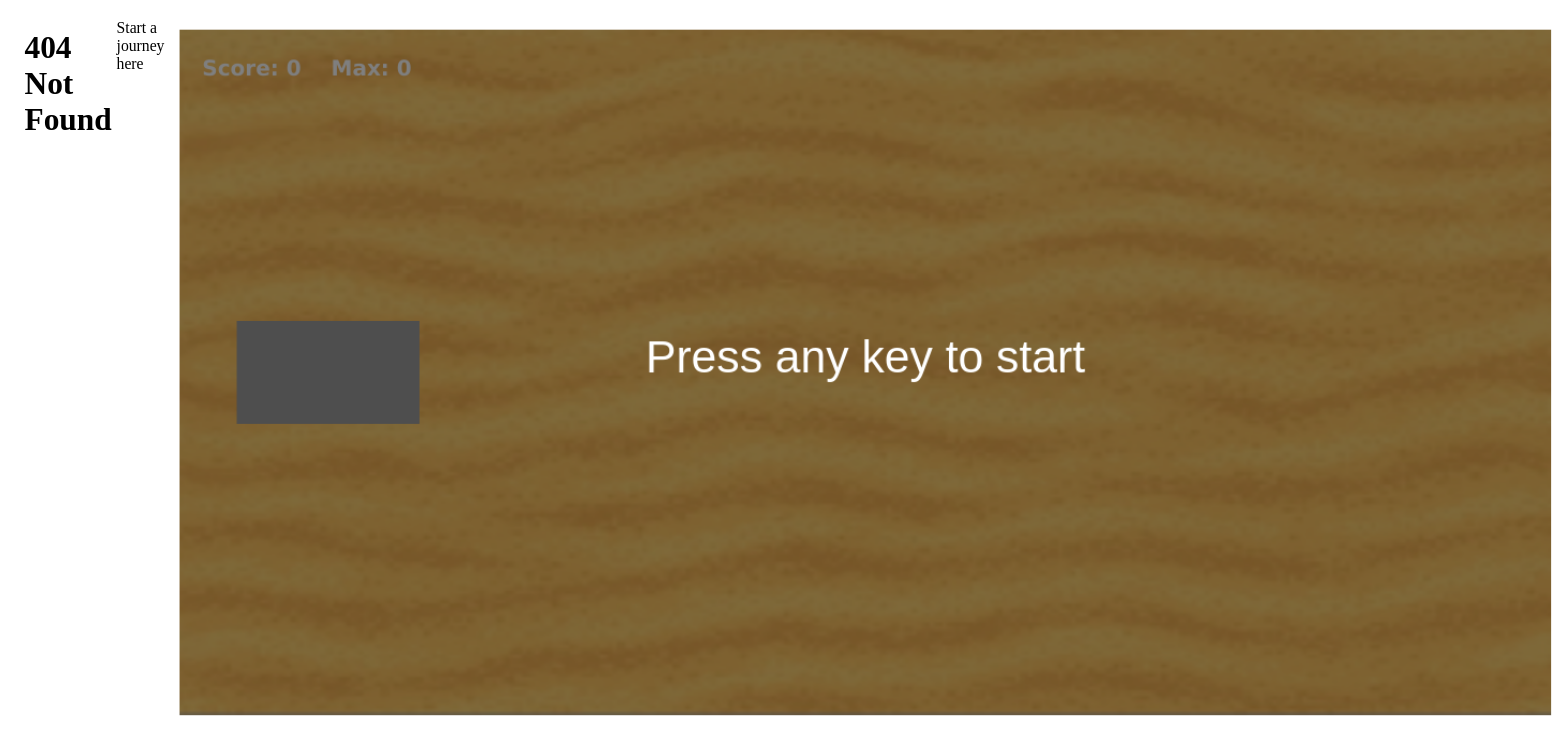
Repository: btgoo/game
Page: car.html
The author's editor kept a copy of each file at every save. The page is drawn from the files as they stood at one save, then again after the next save.
The browser window is 1280 px wide. The page is 1588 px wide, then 1468 px, so the pictures cover 1588 px, including what lies to the right of the window. The pictures show the whole page, at 98% of full size.

Above is the page before, as saved 2025-10-26 02:49:21.

After the next save:
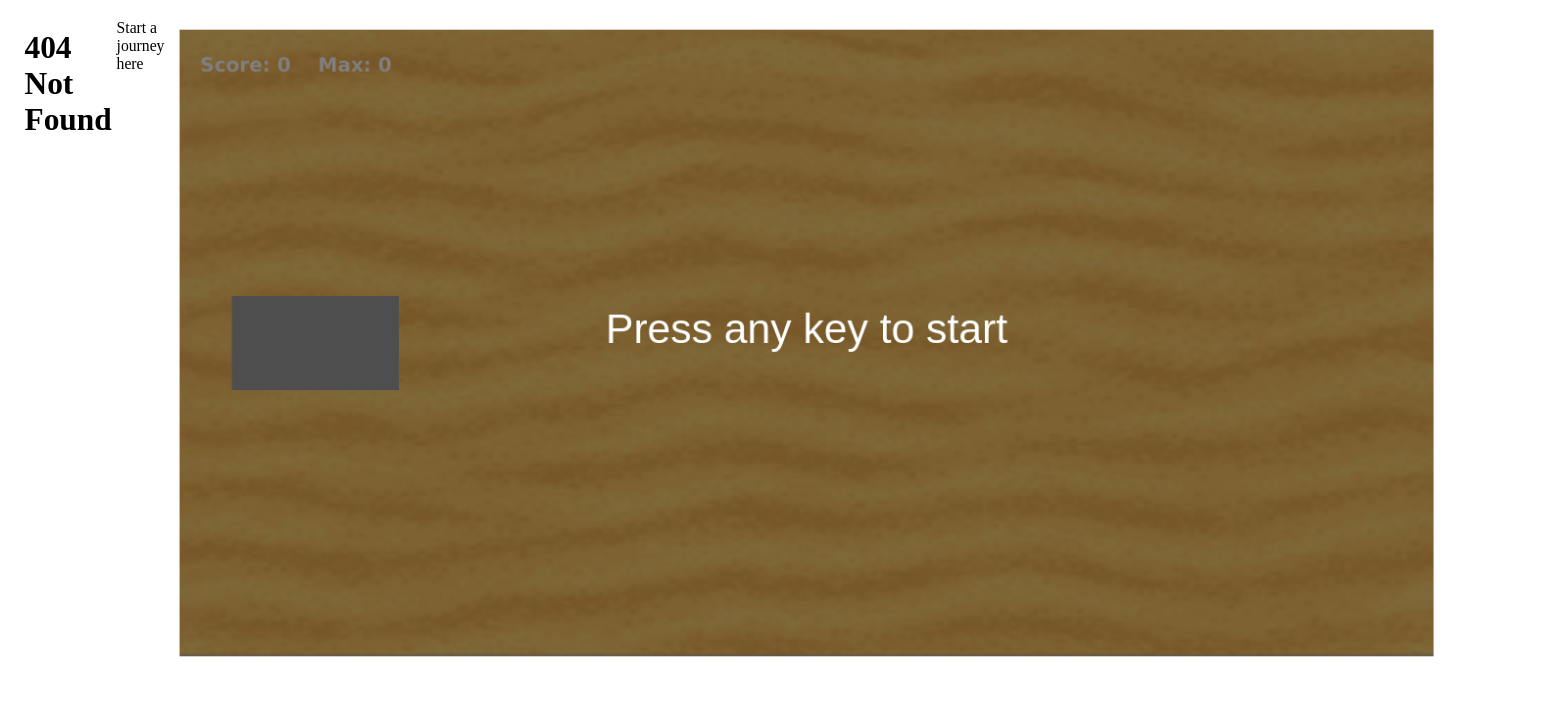
Saved 7 s later.
--- a/car_style.css
+++ b/car_style.css
@@ -8,7 +8,7 @@ body{
     padding-left: 15px;
     display:flex;
     /* flex-direction: column; */
-    height: 100vh;
+    /* height: 100vh; */
 
     user-select: none;
     touch-action: none;
